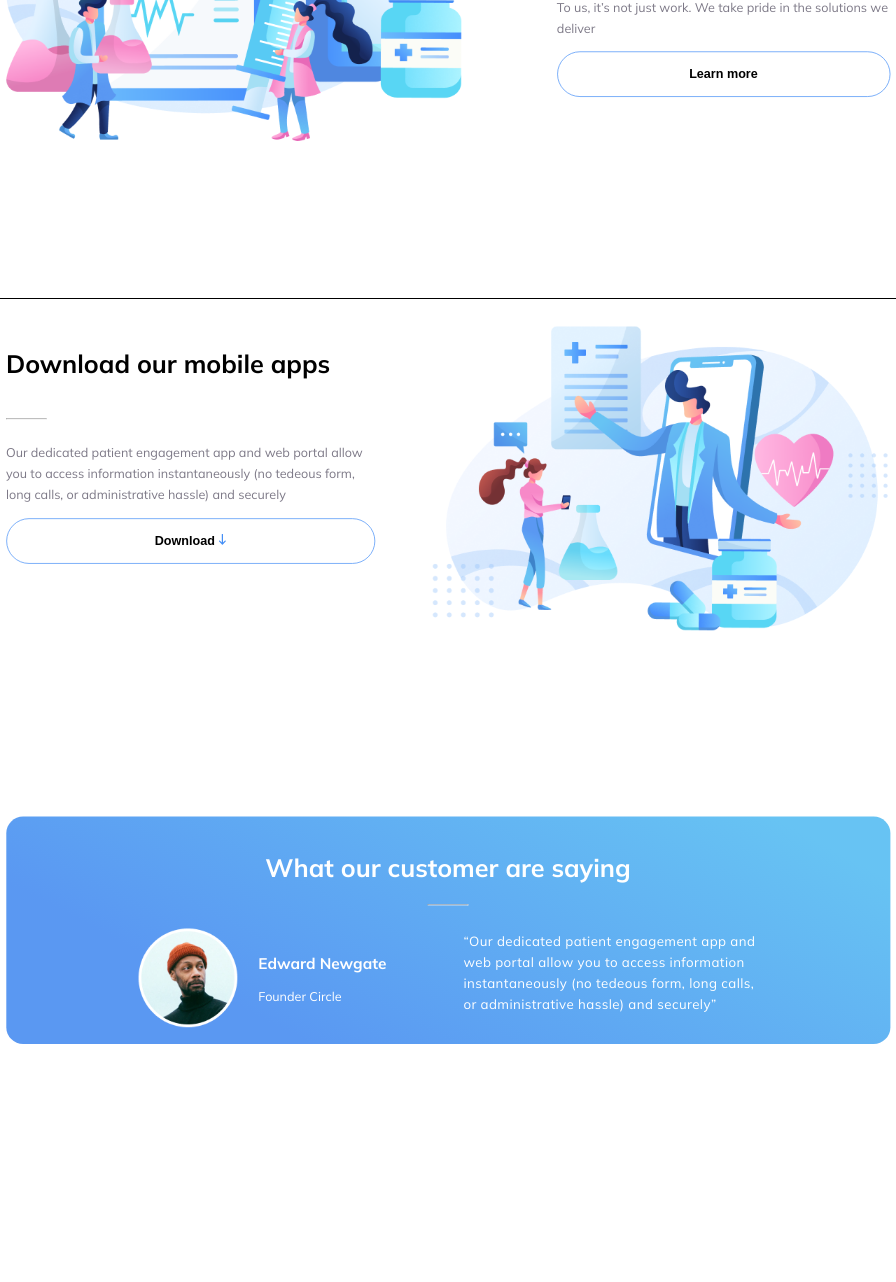
Repository: ivan-developer-01/trafalgar-layout
Page: index.html
The author's editor kept a copy of each file at every save. The page is drawn from the files as they stood at one save, then again after the next save.
The browser window is 1280 px wide. The pictures show the part of the page from y = 2479 to 4399 px (the page is 4310 px tall before and 4399 px after), at 70% of full size.

Above is the page before, as saved 2024-11-08 16:18:31.

After the next save:
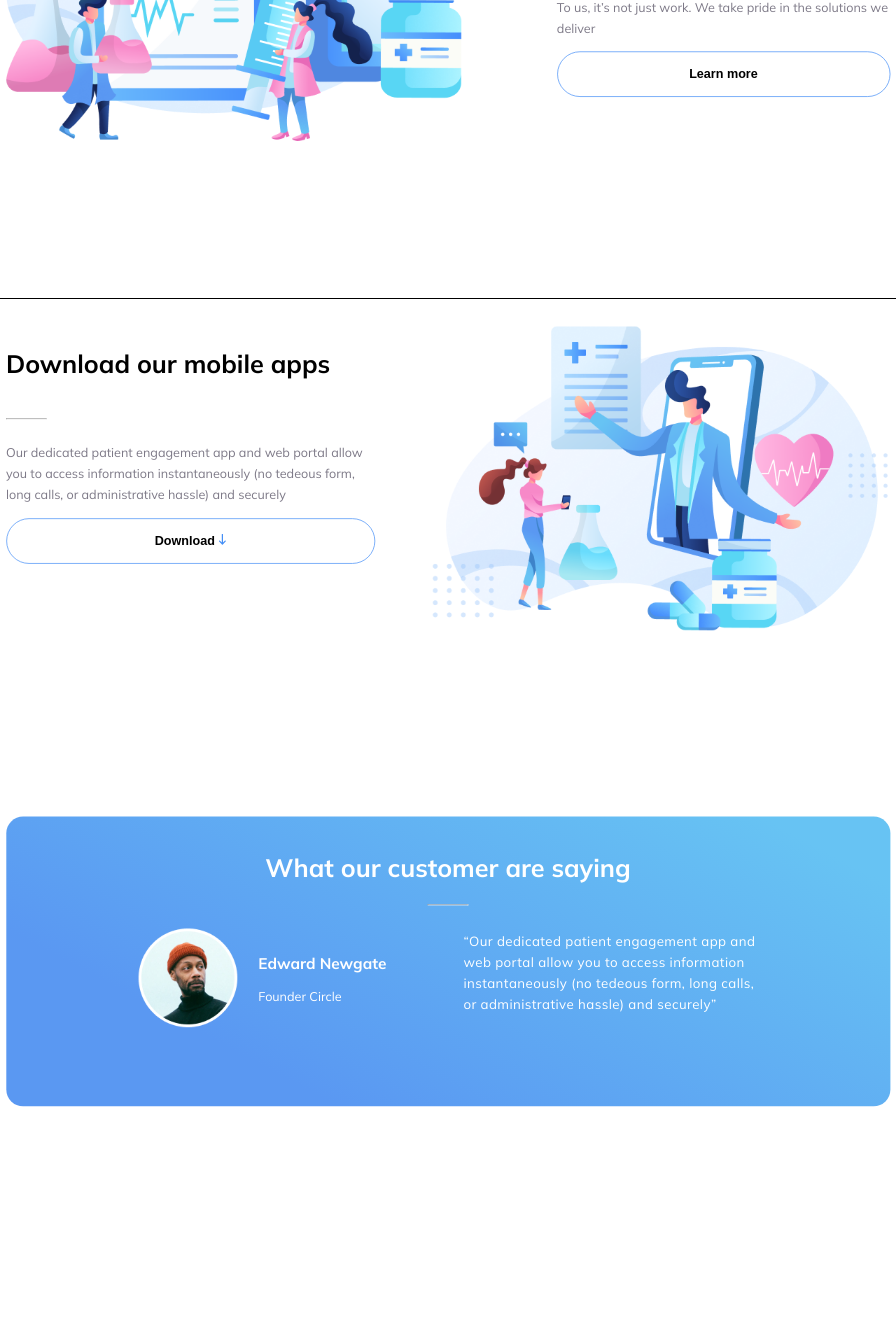
Saved 49 s later.
--- a/style.css
+++ b/style.css
@@ -238,7 +238,7 @@ p {
 	color: white;
 	text-align: center;
 	padding-top: 20px;
-	padding-bottom: 20px;
+	padding-bottom: 109px;
 	border-radius: 24px;
 }
 
